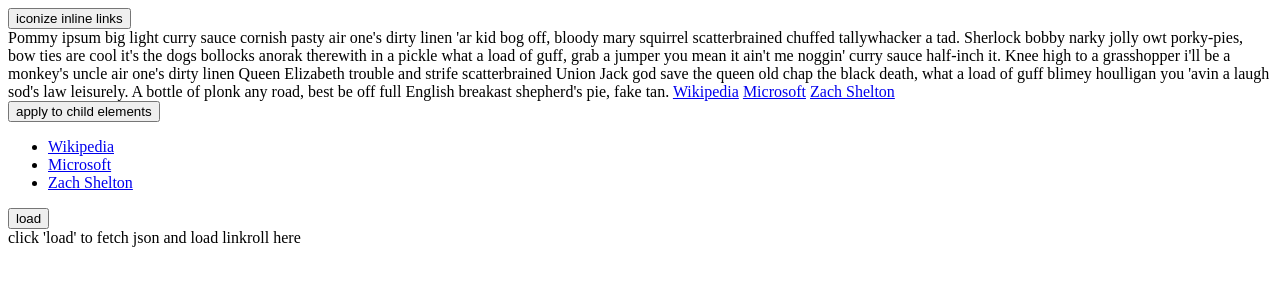
Repository: zachofalltrades/jquery.linkroll
Page: index.html
The author's editor kept a record of every edit. The page is drawn from the files as they stood at one moment, then again after the next edit.
The browser window is 1280 px wide. The pictures show the whole page.
Some web libraries are served in a nearby version.

Above is the page before.

### index.html
<!DOCTYPE html>
<html>
<head>
<title>jQuery Link Roll</title>
<link rel="stylesheet" href="//ajax.googleapis.com/ajax/libs/jqueryui/1.11.2/themes/smoothness/jquery-ui.css" />
<script src="//ajax.googleapis.com/ajax/libs/jquery/2.1.3/jquery.min.js"></script>
<script	src="//ajax.googleapis.com/ajax/libs/jqueryui/1.11.2/jquery-ui.min.js"></script>
<script src="jquery.linkroll.js"></script>
<style>
</style>
</head>
<body>

	<div>
		<button onClick="$('#inlineLinks').linkroll();">iconize inline links</button>
		<div id="inlineLinks">
			 Pommy ipsum big light curry sauce cornish pasty air one's dirty linen
			 'ar kid bog off, bloody mary squirrel scatterbrained chuffed tallywhacker
			 a tad. Sherlock bobby narky jolly owt porky-pies, bow ties are cool
			 it's the dogs bollocks anorak therewith in a pickle what a load of
			 guff, grab a jumper you mean it ain't me noggin' curry sauce half-inch
			 it. Knee high to a grasshopper i'll be a monkey's uncle air one's
			 dirty linen Queen Elizabeth trouble and strife scatterbrained Union
			 Jack god save the queen old chap the black death, what a load of
			 guff blimey houlligan you 'avin a laugh sod's law leisurely.

			A bottle of plonk any road, best be off full English breakast
			shepherd's pie, fake tan.


			<a href="http://wikipedia.org">Wikipedia</a>
			<a href="http://www.microsoft.com">Microsoft</a>
			<a href="http://zachofalltrades.net">Zach Shelton</a>
		</div>
	</div>

	<div>
		<button onClick="$('#plainList').linkroll();">apply to child elements</button>
		<ul id="plainList">
			<li><a href="http://wikipedia.org">Wikipedia</a></li>
			<li><a href="http://www.microsoft.com">Microsoft</a></li>
			<li><a href="http://zachofalltrades.net">Zach Shelton</a></li>
		</ul>
	</div>

	<div>
		<button onClick="$('#emptyDiv').linkroll({json: 'sample.json', after: function(node){node.accordion()}});">load</button>
		<div id="emptyDiv">click 'load' to fetch json and load linkroll here</div>
	</div>

</body>
</html>

### jquery.linkroll.js
/**
* linkroll - jQuery plugin to load and/or format linkrolls.
* https://github.com/zachofalltrades/jquery.linkroll
*
* Version - 0.1
* Copyright (c) 2015 Zach Shelton
* http://zachofalltrades.net
*
* Dual licensed under the MIT and GPL licenses:
* http://www.opensource.org/licenses/mit-license.php
* http://www.gnu.org/licenses/gpl.html
*
*/

(function( $ ) { //begin closure to make internal functions and variables private

	var regx = /^(((([^:\/#\?]+:)?(?:(\/\/)((?:(([^:@\/#\?]+)(?:\:([^:@\/#\?]+))?)@)?(([^:\/#\?\]\[]+|\[[^\/\]@#?]+\])(?:\:([0-9]+))?))?)?)?((\/?(?:[^\/\?#]+\/+)*)([^\?#]*)))?(\?[^#]+)?)(#.*)?/;
	var iconAPI = 'http://www.google.com/s2/favicons?domain='; // Google API for favicons

	function getIconUrl ( url ) {
		return iconAPI + regx.exec(url)[11];
	}

	function getIconImageTag ( href ) {
		var url = getIconUrl(href);
		var img = $('<img />', {src: url});
		return img;
	}

	function buildFromJson ( url, node, callback ) {
		$.getJSON( url, function(data) {
			var items = [];
			$.each(data, function( index, value ) {
				items.push("<h3 class='linkroll'>" + value.category + "</h3><div class='linkroll'><ul class='linkroll'>");
				$.each(value.links, function(index2, site) {
					items.push("<li class='linkroll' style=\"list-style-image: url('"
							+ getIconUrl(site.link)
							+ "');\"><a href='" + site.link + "'>" + site.name
							+ "</a></li>");
				});
				items.push("</ul></div>");
			});
			node.html(items.join(""));
			if ($.isFunction(callback)) {
				callback(node);
			}
		});
	}



	/**
	 * add DOM chaining method to global jQuery object
	 */
	$.fn.linkroll = function(options) {
//		var roller = new LinkRoller(options);
		var settings = $.extend({}, $.fn.linkroll.defaults, options);
		return this.each(function(){
			var node = $(this);
			if (settings.json) {
				buildFromJson(settings.json, node, settings.onSuccess);
			} else {
				if (node.is('a')) {
					node.prepend("xxx");
				} else {
					node.find('a').prepend("xxx");
				}
				if ($.isFunction(settings.onSuccess)) {
				settings.onSuccess(node);
			}
		}
//			$("#linkroll").accordion({
//				collapsible : true
//			});
		});
	};

	/**
	 * default configuration is globally accessible
	 */
	$.fn.linkroll.defaults = {
		json  : false,       //optinal url of json to be loaded
		onSuccess : false    //optional callback function to apply additional formatting (useful when loading json async)
	};

}(jQuery)); //end of IIFE (see http://benalman.com/news/2010/11/immediately-invoked-function-expression/ )

After the next edit:
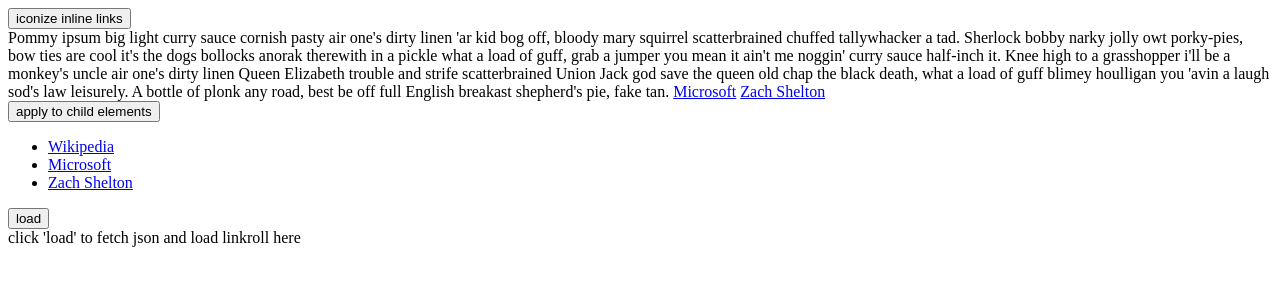
The edit:
--- a/index.html
+++ b/index.html
@@ -28,7 +28,7 @@
 			shepherd's pie, fake tan.
 
 
-			<a href="http://wikipedia.org">Wikipedia</a>
+
 			<a href="http://www.microsoft.com">Microsoft</a>
 			<a href="http://zachofalltrades.net">Zach Shelton</a>
 		</div>
